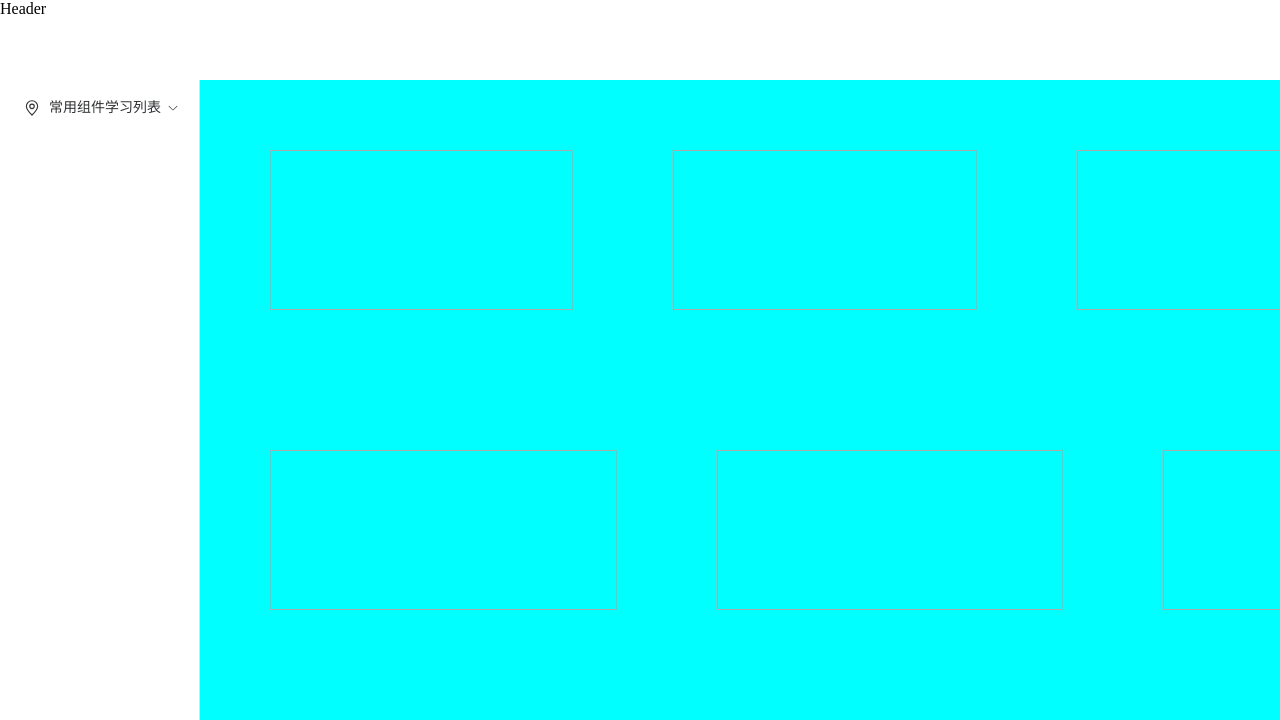
Repository: 553559555/vue3-project
Page: /#/index (app in vue3-app/)
An editor plug-in stored every save of this project. The page is shown before and after the next save, followed by the edit.
The browser window is 1280 px wide. The pictures show the whole page.
An inner scrolling area shows only its first screen. The project was rebuilt for these pictures with package versions that can differ from the ones it lists, and the page was loaded fresh each time. Also part of the build but not shown: vue3-app/vite.config.ts.

Above is the page before, as saved 2025-03-24 10:57:51.

After the next save:
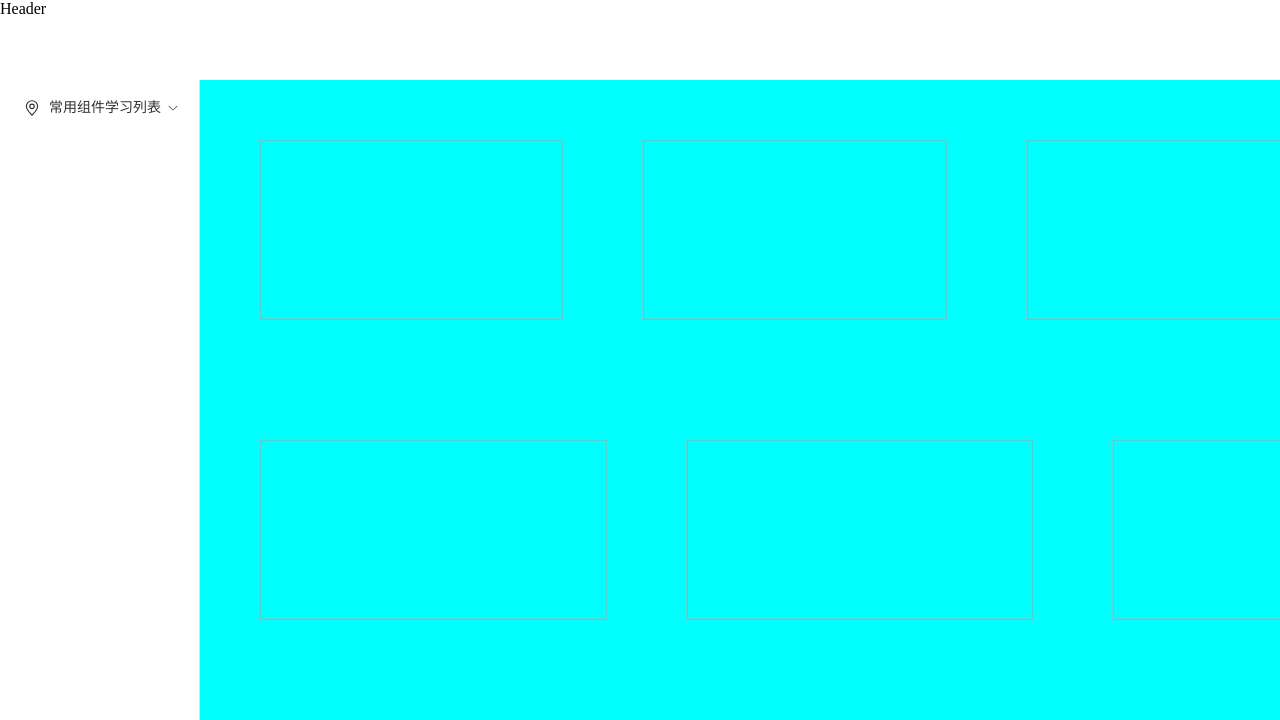
Saved 11 s later.
--- a/vue3-app/src/views/Home.vue
+++ b/vue3-app/src/views/Home.vue
@@ -57,7 +57,7 @@
     box-sizing: border-box;
 
     .el-col {
-      margin: 50px;
+      margin: 40px;
       border: solid 1px #aaa;
     }
   }
